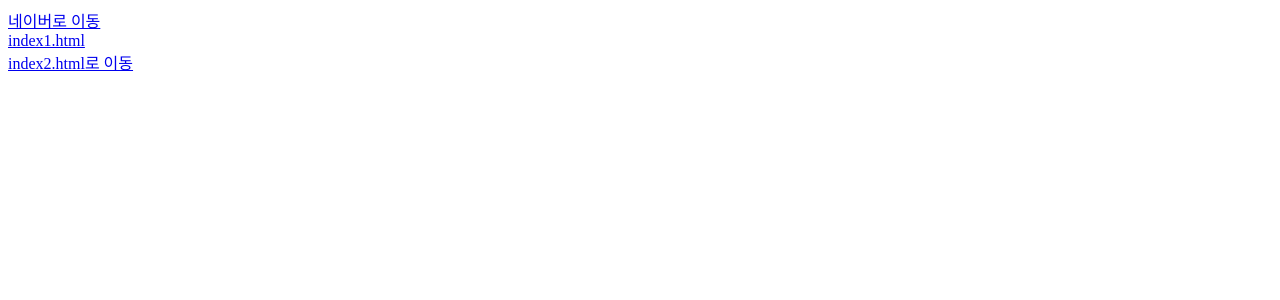
Repository: xsa1113/posco_ict
Page: html/TestSample/WebContent/index4.html
An editor plug-in stored every save of this project. The page is shown before and after the next save, followed by the edit.
The browser window is 1280 px wide. The pictures show the whole page.

Above is the page before, as saved 2022-05-04 08:11:41.

### html/TestSample/WebContent/index4.html
<!DOCTYPE html>
<html>
<head>
<meta charset="UTF-8">
<title>Insert title here</title>
</head>
<body>

<!-- anchor(link)  -->
<a href="http://www.naver.com">네이버로 이동</a>
<br>
<a href= "index1.html">index1.html</a>
<br>
<a href= "http://localhost:8090/TestSample/index2.hhtml">index2.html로 이동</a>
<br>

<a href="./index3.html"></a>


</body>
</html>

After the next save:
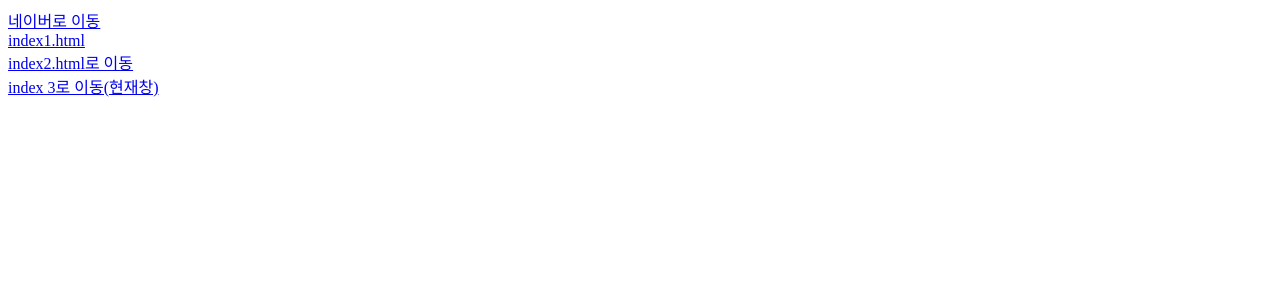
Saved 42 s later.
--- a/html/TestSample/WebContent/index4.html
+++ b/html/TestSample/WebContent/index4.html
@@ -14,7 +14,7 @@
 <a href= "http://localhost:8090/TestSample/index2.hhtml">index2.html로 이동</a>
 <br>
 
-<a href="./index3.html"></a>
+<a href="./index3.html" target="_self"> index 3로 이동(현재창)</a>
 
 
 </body>
